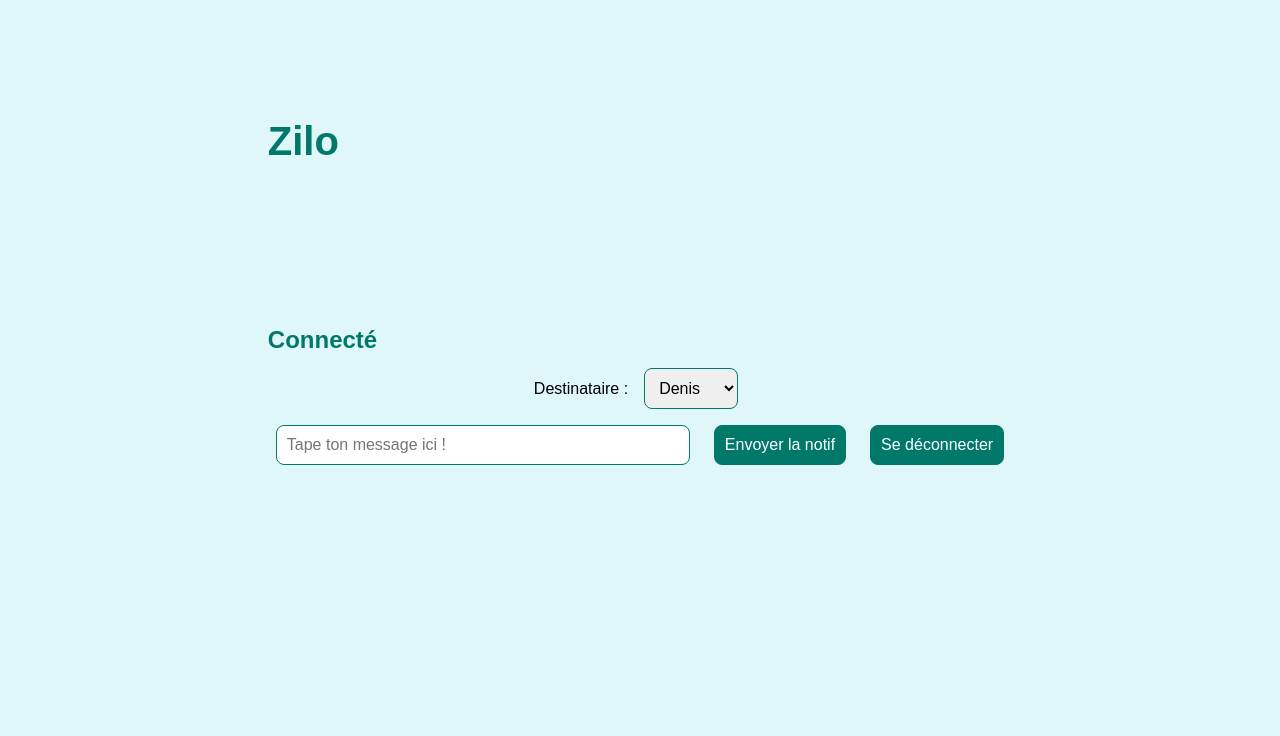
Repository: nlagardere/LumoNet
Page: public/index.html
The author's editor kept a copy of each file at every save. The page is drawn from the files as they stood at one save, then again after the next save.
The browser window is 1280 px wide. The pictures show the whole page.

Above is the page before, as saved 2025-08-18 19:59:29.

### public/index.html
<!DOCTYPE html>
<html lang="fr">
<head>
  <meta charset="UTF-8" />
  <meta name="viewport" content="width=device-width, initial-scale=1.0" />
  <title>Zilo</title>
  <style>
    body {
      font-family: Arial, sans-serif;
      display:flex; flex-direction:column;
      align-items:center; justify-content:center;
      height:100vh; background:#e0f7fa;
    }

    h1, h2 {
      color:#00796b;
      margin:6px 0;
    }

    select, input, button {
      margin:8px;
      padding:10px;
      font-size:16px;
      border-radius:8px;
      border:1px solid #00796b;
    }

    button {
      background:#00796b;
      color:#fff;
      cursor:pointer;
    }

    button:hover{
      background:#004d40;
    }

    .row{
      display:flex;
      gap:8px;
      flex-wrap:wrap;
      align-items:center;
      justify-content:center;
    }


     .card h1 {
      font-size:2.5em;
      margin-bottom:12px;
      position: relative;
      top: -150px;
     }


  </style>
</head>
<body>
  <div class="card">
    <h1>Zilo</h1>
    <h2 id="welcome">Connecté</h2>

    <div class="row">
      <label for="recipient">Destinataire :</label>
      <select id="recipient">
        <option value="denis">Denis</option>
        <option value="nathan">Nathan</option>
      </select>
    </div>

    <div class="row">
      <input id="message" type="text" placeholder="Tape ton message ici !" size="40" />
      <button id="send">Envoyer la notif</button>
      <button id="logout">Se déconnecter</button>
    </div>
  </div>

  <script>
    const messageInput = document.getElementById('message');

    async function send(){
      const recipient = document.getElementById('recipient').value;
      const message = messageInput.value.trim();
      if(!message){ alert('Écris un message !'); return; }

      const res = await fetch('/api/send', {
        method:'POST', headers:{'Content-Type':'application/json'},
        body: JSON.stringify({ recipient, message })
      });
      const data = await res.json();
      if(data.ok){
        messageInput.value = '';
        alert('Notification envoyée !');
      } else {
        if(res.status === 401){
          // non connecté → renvoie vers la connexion
          window.location.href = '/login.html';
        } else {
          alert('Erreur : ' + (data.error||'inconnue'));
        }
      }
    }

    async function logout(){
      await fetch('/api/logout');
      window.location.href = '/login.html';
    }

    document.getElementById('send').addEventListener('click', send);
    document.getElementById('logout').addEventListener('click', logout);
    messageInput.addEventListener('keydown', e => { if(e.key==='Enter') send(); });
  </script>
</body>
</html>

After the next save:
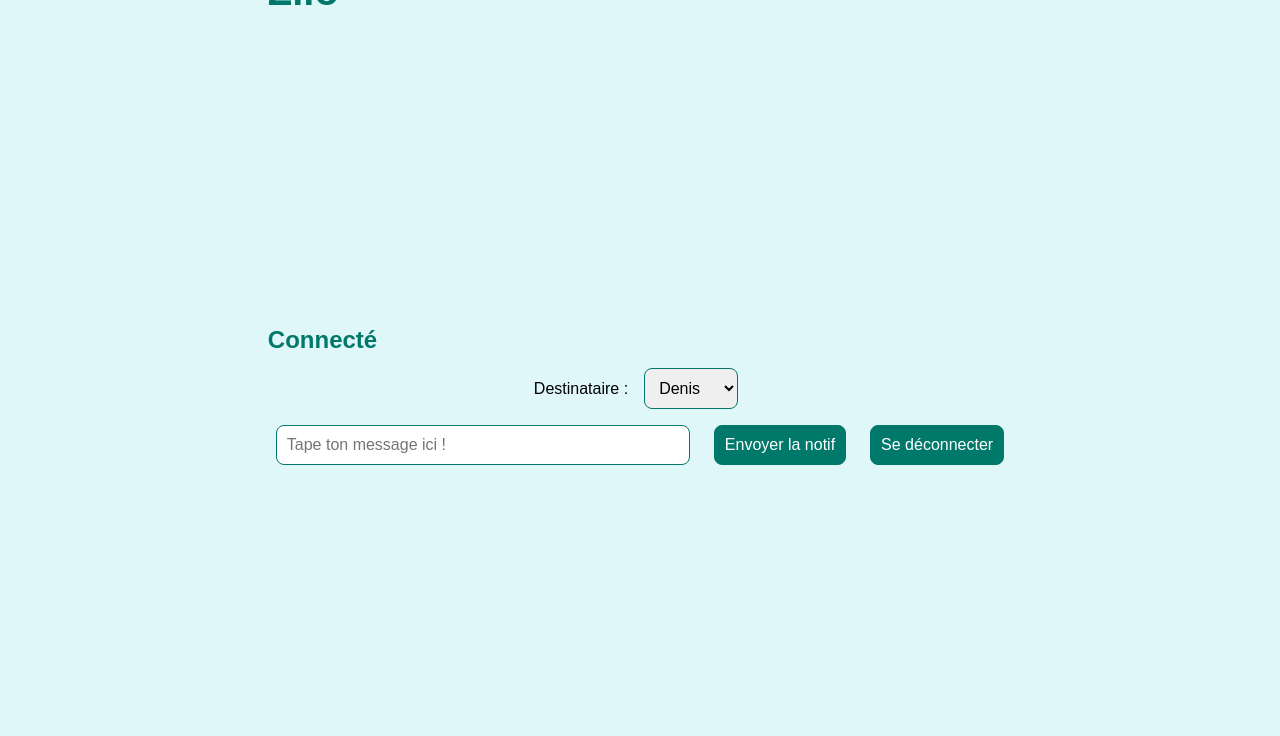
Saved 4 s later.
--- a/public/index.html
+++ b/public/index.html
@@ -48,7 +48,7 @@
       font-size:2.5em;
       margin-bottom:12px;
       position: relative;
-      top: -150px;
+      top: -300px;
      }
 
 
